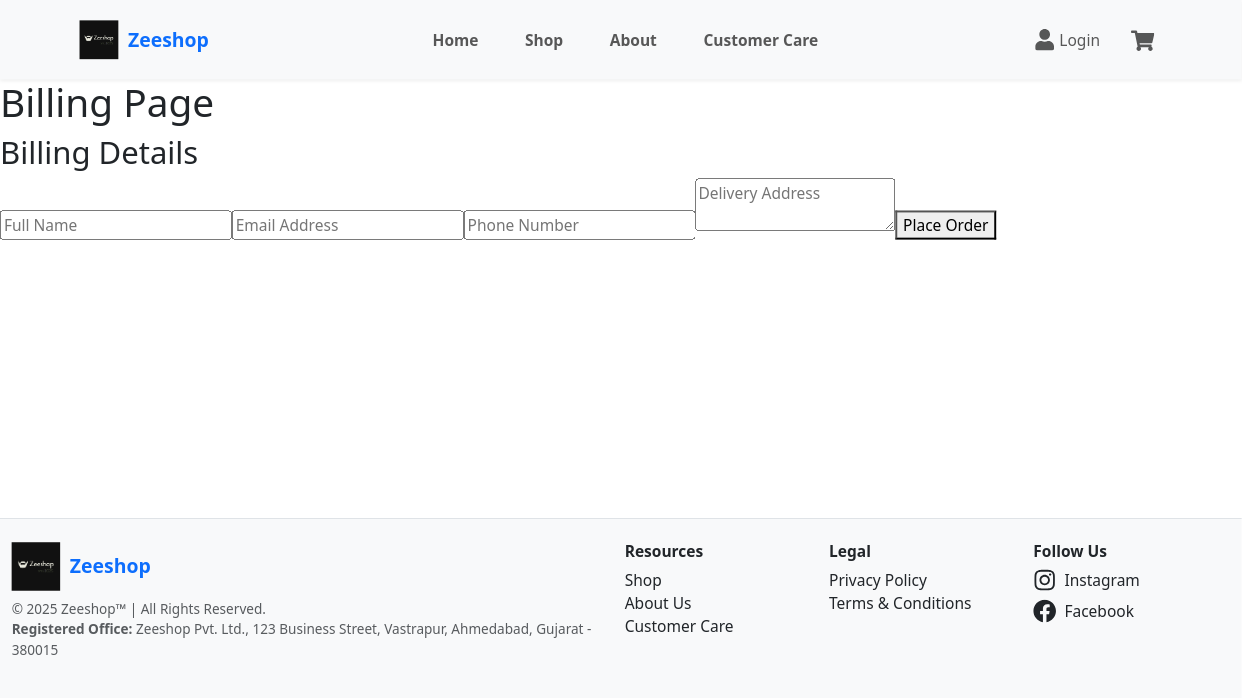
Repository: zeel2306/React-Projects
Page: /billing (app in shop/)
An editor plug-in stored every save of this project. The page is shown before and after the next save, followed by the edit.
The browser window is 1280 px wide. The pictures show the whole page, at 97% of full size.
The project was rebuilt for these pictures with package versions that can differ from the ones it lists, and the page was loaded fresh each time. Also part of the build but not shown: shop/src/index.css, shop/src/Components/Login.jsx, shop/src/Components/Slider.jsx, shop/src/Components/Product.jsx, shop/src/Components/About.jsx, shop/src/Components/Customercare.jsx, shop/src/Components/ProductDetail.jsx, shop/src/Components/PrivacyPolicy.jsx and 9 more.

Above is the page before, as saved 2025-08-06 17:38:21.

### shop/src/App.js
// src/App.js
import Footer from './Components/Footer';
import Login from './Components/Login';
import Navbar from './Components/Navbar';
import Slider from './Components/Slider';
import Product from './Components/Product';
import About from './Components/About';
import CustomerCare from './Components/Customercare';
import ProductDetails from './Components/ProductDetail';
import PrivacyPolicy from './Components/PrivacyPolicy';
import TermsAndConditions from './Components/TermsAndConditions';
import StatsSection from "./Components/StatsSection";
import Testimonials from "./Components/Testimonials";
import Cart from './Components/Cart';
import WelcomePopup from "./Components/WelcomePopup";
import Features from './Components/Features';
import Billing from "./Components/Billing";
import AdminDashboard from "./Components/AdminDashboard";
import AdminLogin from "./Components/AdminLogin";
import { AuthProvider } from './Components/AuthContext';
import { CartProvider } from './Components/CartContext';
import { AdminAuthProvider } from './Components/AdminAuthContext';
import { BrowserRouter as Router, Routes, Route } from "react-router-dom";
import BrandSlider from './Components/BrandSlider';

function App() {
  return (
    <AdminAuthProvider>
      <AuthProvider>
        <CartProvider>
          <Router>
            <div className="App d-flex flex-column min-vh-100">
              <Navbar />
              <main className="flex-grow-1 mb-4">
                <Routes>
                  <Route
                    path="/"
                    element={
                      <>
                        <WelcomePopup />
                        <Slider />
                        <StatsSection />
                        <Product />
                        <Features />
                        <Testimonials />
                        <BrandSlider />
                      </>
                    }
                  />
                  <Route path="/shop" element={<Product />} />
                  <Route path="/login" element={<Login />} />
                  <Route path="/cart" element={<Cart />} />
                  <Route path="/about" element={<About />} />
                  <Route path="/customer-care" element={<CustomerCare />} />
                  <Route path="/privacy" element={<PrivacyPolicy />} />
                  <Route path="/product/:id" element={<ProductDetails />} />
                  <Route path="/billing" element={<Billing />} />
                  <Route path="/terms-and-conditions" element={<TermsAndConditions />} />

                  {/* Admin Routes */}
                  <Route path="/admin-login" element={<AdminLogin />} />
                  <Route path="/admin" element={<AdminDashboard />} />
                </Routes>
              </main>
              <Footer />
            </div>
          </Router>
        </CartProvider>
      </AuthProvider>
    </AdminAuthProvider>
  );
}

export default App;

### shop/src/Components/Footer.jsx
import React from "react";
import { Container, Row, Col } from "react-bootstrap";
import { FaFacebook, FaInstagram } from "react-icons/fa";

export default function AppFooter() {
  return (
    <footer className="bg-light text-dark py-4 border-top">
      <Container fluid>
        <Row className="align-items-start gx-2">
          {/* Brand + Address (Wider Column) */}
          <Col md={6} className="mb-3">
            <div className="d-flex align-items-center mb-2">
              <img
                src="/zeeshop-logo.png"
                alt="Zeeshop Logo"
                style={{ height: "50px", width: "50px", marginRight: "10px" }}
              />
              <h5 className="fw-bold text-primary m-0">Zeeshop</h5>
            </div>
            <p className="text-muted small m-0">
              © 2025 Zeeshop™ | All Rights Reserved.
            </p>
            <p className="text-muted small m-0">
              <strong>Registered Office:</strong> Zeeshop Pvt. Ltd., 123 Business Street, Vastrapur, Ahmedabad, Gujarat - 380015
            </p>
          </Col>

          {/* Resources */}
          <Col md={2} className="mb-3">
            <h6 className="fw-bold">Resources</h6>
            <ul className="list-unstyled m-0">
              <li><a href="/" className="text-dark text-decoration-none">Shop</a></li>
              <li><a href="/about" className="text-dark text-decoration-none">About Us</a></li>
              <li><a href="/customer-care" className="text-dark text-decoration-none">Customer Care</a></li>
            </ul>
          </Col>

          {/* Legal */}
          <Col md={2} className="mb-3">
            <h6 className="fw-bold">Legal</h6>
            <ul className="list-unstyled m-0">
              <li><a href="/privacy" className="text-dark text-decoration-none">Privacy Policy</a></li>
              <li><a href="/terms-and-conditions" className="text-dark text-decoration-none">Terms & Conditions</a></li>
            </ul>
          </Col>

          {/* Follow Us */}
          <Col md={2} className="mb-3">
            <h6 className="fw-bold">Follow Us</h6>
            <ul className="list-unstyled m-0">
              <li className="mb-2">
                <a href="https://instagram.com" className="text-dark text-decoration-none d-flex align-items-center">
                  <FaInstagram className="me-2 fs-4" /> <span>Instagram</span>
                </a>
              </li>
              <li>
                <a href="https://facebook.com" className="text-dark text-decoration-none d-flex align-items-center">
                  <FaFacebook className="me-2 fs-4" /> <span>Facebook</span>
                </a>
              </li>
            </ul>
          </Col>


        </Row>
      </Container>
    </footer>
  );
}

### shop/src/Components/Navbar.jsx
import React, { useContext } from "react";
import { Navbar, Nav, Container, Badge } from "react-bootstrap";
import { FaShoppingCart, FaUser } from "react-icons/fa";
import { Link, NavLink, useNavigate } from "react-router-dom";
import { CartContext } from "./CartContext";
import { AuthContext } from "./AuthContext";

export default function AppNavbar() {
  const { cartItems } = useContext(CartContext);
  const { isLoggedIn, user, logout } = useContext(AuthContext);
  const navigate = useNavigate();

  const handleLogout = () => {
    logout();
    navigate("/");
  };

  return (
    <Navbar bg="light" expand="lg" className="shadow-sm py-3">
      <Container>
        {/* Logo (Left) */}
        <Navbar.Brand
          as={Link}
          to="/"
          className="fw-bold text-primary d-flex align-items-center"
        >
          <img
            src="/zeeshop-logo.png"
            alt="Zeeshop Logo"
            style={{ height: "40px", width: "40px", marginRight: "10px" }}
          />
          Zeeshop
        </Navbar.Brand>

        <Navbar.Toggle aria-controls="navbar-nav" />
        <Navbar.Collapse id="navbar-nav">
          <div className="d-flex justify-content-between w-100 align-items-center">
            {/* Center: Nav Links */}
            <Nav className="mx-auto">
              <Nav.Link as={NavLink} to="/" className="mx-3 fw-semibold">
                Home
              </Nav.Link>
              <Nav.Link as={NavLink} to="/shop" className="mx-3 fw-semibold">
                Shop
              </Nav.Link>
              <Nav.Link as={NavLink} to="/about" className="mx-3 fw-semibold">
                About
              </Nav.Link>
              <Nav.Link as={NavLink} to="/customer-care" className="mx-3 fw-semibold">
                Customer Care
              </Nav.Link>
            </Nav>

            {/* Right: User & Cart */}
            <Nav className="d-flex align-items-center">
              {!isLoggedIn ? (
                <Nav.Link
                  as={NavLink}
                  to="/login"
                  className="me-3 d-flex align-items-center"
                >
                  <FaUser size={22} className="me-1" /> Login
                </Nav.Link>
              ) : (
                <>
                  <Nav.Link
                    disabled
                    className="me-3 d-flex align-items-center text-success fw-semibold"
                  >
                    <FaUser size={22} className="me-1" /> Welcome, {user?.name || "User"}
                  </Nav.Link>
                  <Nav.Link
                    onClick={handleLogout}
                    className="me-3 fw-semibold text-danger"
                  >
                    Logout
                  </Nav.Link>
                </>
              )}

              <Nav.Link as={NavLink} to="/cart" className="position-relative">
                <FaShoppingCart size={24} />
                {cartItems.length > 0 && (
                  <Badge
                    bg="danger"
                    pill
                    className="position-absolute top-0 start-100 translate-middle"
                  >
                    {cartItems.length}
                  </Badge>
                )}
              </Nav.Link>
            </Nav>
          </div>
        </Navbar.Collapse>
      </Container>
    </Navbar>
  );
}

### shop/src/Components/Billing.jsx
// src/Components/BillingPage.jsx
import React from "react";
import CheckoutForm from "./CheckoutForm";

export default function BillingPage() {
  const handleOrderSubmit = (formData) => {
    console.log("Order Data:", formData);
    alert("Order placed successfully!");
    // Later: Send data to backend API using fetch/axios
    // axios.post('/api/orders', formData)
  };

  return (
    <div className="billing-page">
      <h1>Billing Page</h1>
      <CheckoutForm onSubmit={handleOrderSubmit} />
    </div>
  );
}

### shop/src/Components/AuthContext.jsx
// src/Components/AuthContext.jsx
import React, { createContext, useState, useEffect } from "react";

export const AuthContext = createContext();

export function AuthProvider({ children }) {
  const [isLoggedIn, setIsLoggedIn] = useState(false);
  const [user, setUser] = useState(null); // <-- store user info

  useEffect(() => {
    const storedLogin = localStorage.getItem("isLoggedIn");
    const storedUser = localStorage.getItem("user");
    if (storedLogin === "true") {
      setIsLoggedIn(true);
      if (storedUser) setUser(JSON.parse(storedUser));
    }
  }, []);

  useEffect(() => {
    localStorage.setItem("isLoggedIn", isLoggedIn);
    if (user) {
      localStorage.setItem("user", JSON.stringify(user));
    } else {
      localStorage.removeItem("user");
    }
  }, [isLoggedIn, user]);

  const login = (userData) => {
    setIsLoggedIn(true);
    setUser(userData);
  };

  const logout = () => {
    setIsLoggedIn(false);
    setUser(null);
    localStorage.removeItem("isLoggedIn");
    localStorage.removeItem("user");
  };

  return (
    <AuthContext.Provider value={{ isLoggedIn, user, setIsLoggedIn, login, logout }}>
      {children}
    </AuthContext.Provider>
  );
}

### shop/src/Components/CartContext.jsx
// src/Components/CartContext.jsx
import React, { createContext, useState, useEffect } from "react";

export const CartContext = createContext();

export function CartProvider({ children }) {
  // Initialize cart items from localStorage if available
  const [cartItems, setCartItems] = useState(() => {
    const savedItems = localStorage.getItem('cartItems');
    return savedItems ? JSON.parse(savedItems) : [];
  });

  // Save to localStorage whenever cart changes
  useEffect(() => {
    localStorage.setItem('cartItems', JSON.stringify(cartItems));
  }, [cartItems]);

  const addToCart = (product) => {
    setCartItems((prev) => {
      const exists = prev.find((item) => item.id === product.id);
      if (exists) {
        return prev.map((item) =>
          item.id === product.id ? { ...item, qty: (item.qty || 1) + 1 } : item
        );
      }
      return [...prev, { ...product, qty: 1 }];
    });
  };

  const removeFromCart = (id) => {
    setCartItems((prev) => prev.filter((item) => item.id !== id));
  };

  const updateQuantity = (id, quantity) => {
    setCartItems((prev) =>
      prev.map((item) =>
        item.id === id ? { ...item, qty: Math.max(1, quantity) } : item
      )
    );
  };

  const clearCart = () => {
    setCartItems([]);
  };

  return (
    <CartContext.Provider value={{
      cartItems,
      addToCart,
      removeFromCart,
      updateQuantity,
      clearCart
    }}>
      {children}
    </CartContext.Provider>
  );
}

### shop/src/Components/AdminAuthContext.jsx
// src/Components/AdminAuthContext.jsx
import React, { createContext, useState, useEffect } from "react";

export const AdminAuthContext = createContext();

export function AdminAuthProvider({ children }) {
  const [isAdminLoggedIn, setIsAdminLoggedIn] = useState(false);

  useEffect(() => {
    const stored = localStorage.getItem("isAdminLoggedIn");
    if (stored === "true") setIsAdminLoggedIn(true);
  }, []);

  const adminLogin = (username, password) => {
    // Simple hardcoded login (can replace with API later)
    if (username === "admin" && password === "admin123") {
      setIsAdminLoggedIn(true);
      localStorage.setItem("isAdminLoggedIn", "true");
      return true;
    }
    return false;
  };

  const adminLogout = () => {
    setIsAdminLoggedIn(false);
    localStorage.removeItem("isAdminLoggedIn");
  };

  return (
    <AdminAuthContext.Provider value={{ isAdminLoggedIn, adminLogin, adminLogout }}>
      {children}
    </AdminAuthContext.Provider>
  );
}

### shop/src/Components/CheckoutForm.jsx
// src/Components/CheckoutForm.jsx
import React, { useState } from "react";

export default function CheckoutForm({ onSubmit }) {
  const [formData, setFormData] = useState({
    name: "",
    email: "",
    phone: "",
    address: "",
  });

  const handleChange = (e) => {
    setFormData({ ...formData, [e.target.name]: e.target.value });
  };

  const handleSubmit = (e) => {
    e.preventDefault();
    onSubmit(formData); // Pass data to parent
  };

  return (
    <form onSubmit={handleSubmit} className="checkout-form">
      <h2>Billing Details</h2>
      <input
        type="text"
        name="name"
        placeholder="Full Name"
        value={formData.name}
        onChange={handleChange}
        required
      />
      <input
        type="email"
        name="email"
        placeholder="Email Address"
        value={formData.email}
        onChange={handleChange}
        required
      />
      <input
        type="tel"
        name="phone"
        placeholder="Phone Number"
        value={formData.phone}
        onChange={handleChange}
        required
      />
      <textarea
        name="address"
        placeholder="Delivery Address"
        value={formData.address}
        onChange={handleChange}
        required
      />
      <button type="submit">Place Order</button>
    </form>
  );
}

Loaded but not shown: shop/public/index.html (common file); shop/src/index.js (common file); shop/src/reportWebVitals.js (common file)

After the next save:
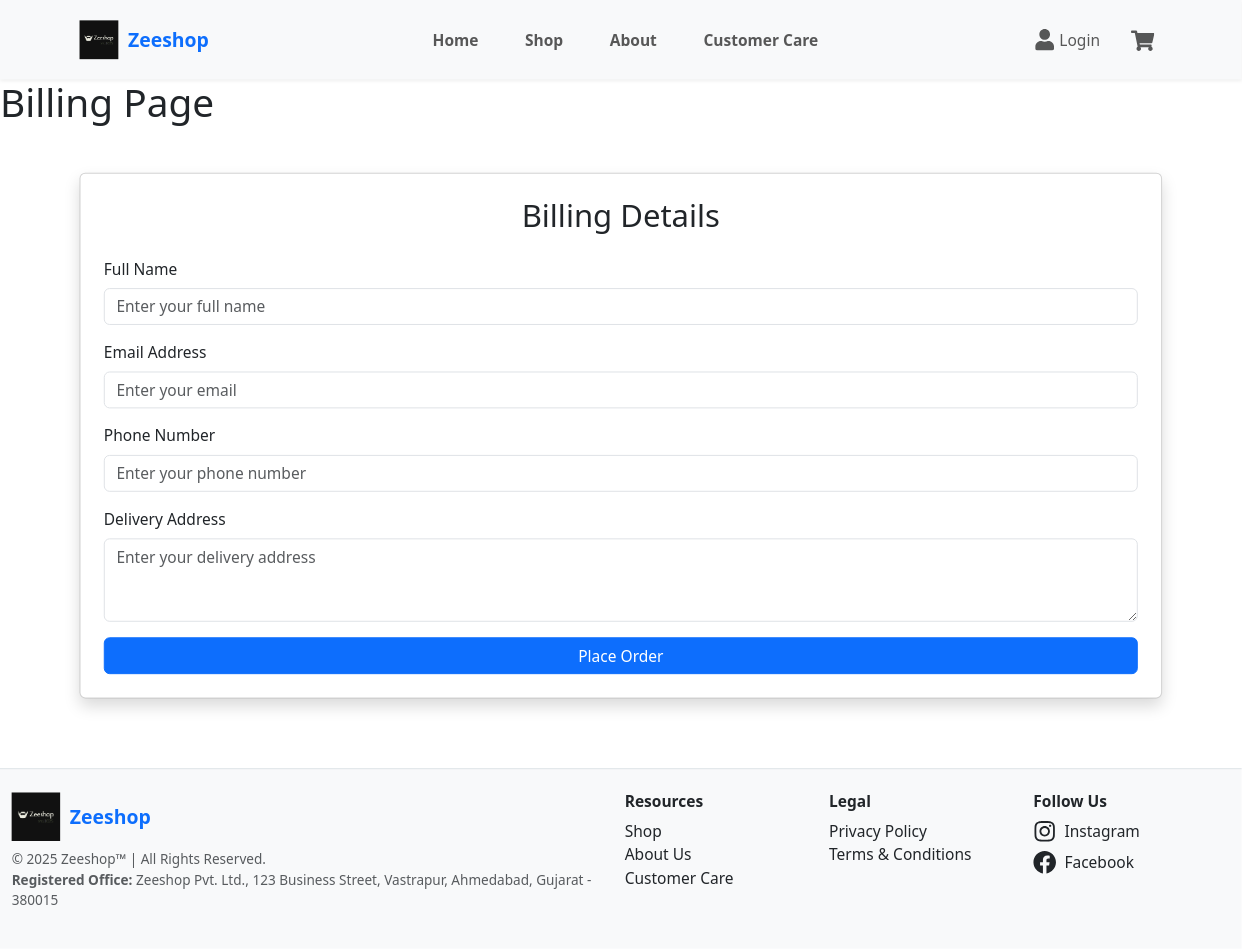
Saved 3 min 10 s later.
--- a/shop/src/Components/CheckoutForm.jsx
+++ b/shop/src/Components/CheckoutForm.jsx
@@ -15,44 +15,67 @@ export default function CheckoutForm({ onSubmit }) {
 
   const handleSubmit = (e) => {
     e.preventDefault();
-    onSubmit(formData); // Pass data to parent
+    onSubmit(formData);
   };
 
   return (
-    <form onSubmit={handleSubmit} className="checkout-form">
-      <h2>Billing Details</h2>
-      <input
-        type="text"
-        name="name"
-        placeholder="Full Name"
-        value={formData.name}
-        onChange={handleChange}
-        required
-      />
-      <input
-        type="email"
-        name="email"
-        placeholder="Email Address"
-        value={formData.email}
-        onChange={handleChange}
-        required
-      />
-      <input
-        type="tel"
-        name="phone"
-        placeholder="Phone Number"
-        value={formData.phone}
-        onChange={handleChange}
-        required
-      />
-      <textarea
-        name="address"
-        placeholder="Delivery Address"
-        value={formData.address}
-        onChange={handleChange}
-        required
-      />
-      <button type="submit">Place Order</button>
-    </form>
+    <div className="container my-5">
+      <div className="card shadow p-4">
+        <h2 className="text-center mb-4">Billing Details</h2>
+        <form onSubmit={handleSubmit}>
+          <div className="mb-3">
+            <label className="form-label">Full Name</label>
+            <input
+              type="text"
+              name="name"
+              className="form-control"
+              placeholder="Enter your full name"
+              value={formData.name}
+              onChange={handleChange}
+              required
+            />
+          </div>
+          <div className="mb-3">
+            <label className="form-label">Email Address</label>
+            <input
+              type="email"
+              name="email"
+              className="form-control"
+              placeholder="Enter your email"
+              value={formData.email}
+              onChange={handleChange}
+              required
+            />
+          </div>
+          <div className="mb-3">
+            <label className="form-label">Phone Number</label>
+            <input
+              type="tel"
+              name="phone"
+              className="form-control"
+              placeholder="Enter your phone number"
+              value={formData.phone}
+              onChange={handleChange}
+              required
+            />
+          </div>
+          <div className="mb-3">
+            <label className="form-label">Delivery Address</label>
+            <textarea
+              name="address"
+              className="form-control"
+              rows="3"
+              placeholder="Enter your delivery address"
+              value={formData.address}
+              onChange={handleChange}
+              required
+            />
+          </div>
+          <button type="submit" className="btn btn-primary w-100">
+            Place Order
+          </button>
+        </form>
+      </div>
+    </div>
   );
 }
